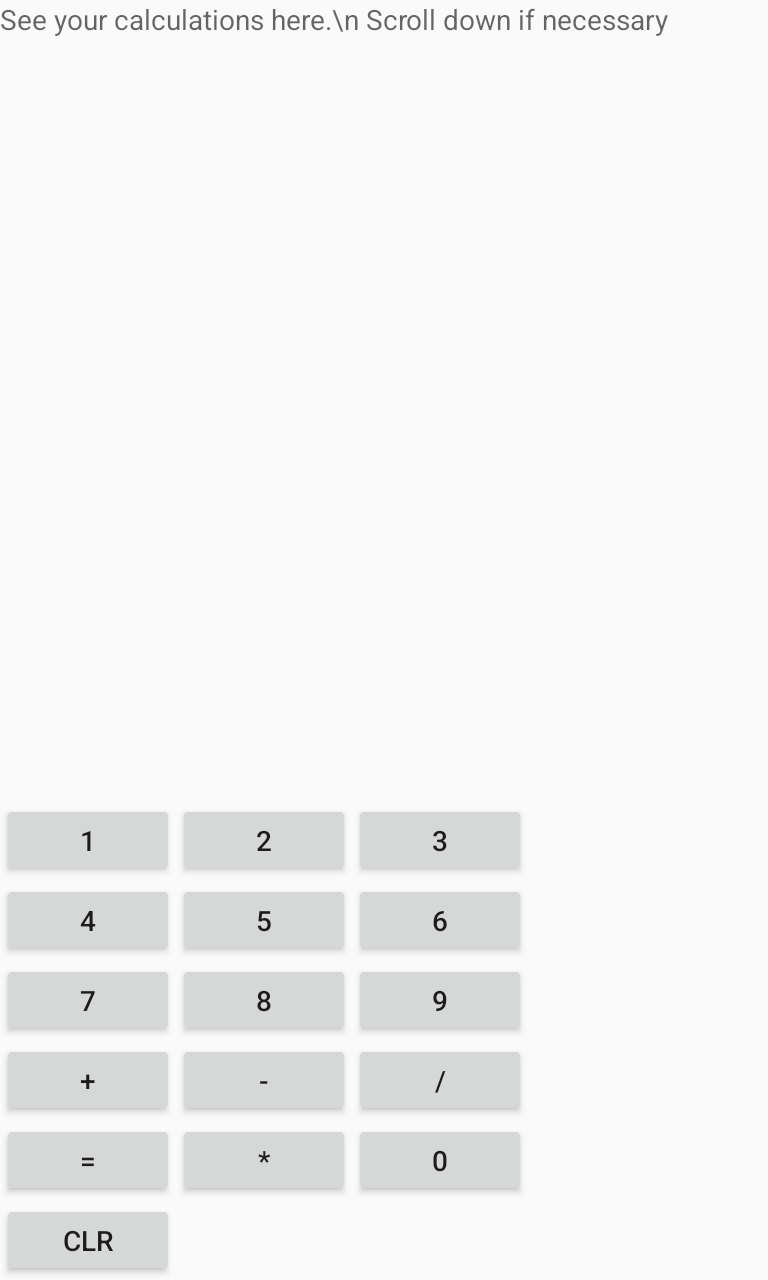
Repository: apoorvelec/AndroidApps
Layout: Calculator1pt1/res/layout/activity_main.xml
These files come from the project's save history. The layout is drawn as it stood at one moment and after the next save; the edit follows.
It is drawn on a 768 x 1280 px phone screen (xhdpi) without system bars, with theme AppTheme; the app's code is not run.

Above is the layout before, as saved 2016-05-22 17:56:53.

### Calculator1pt1/res/layout/activity_main.xml
<?xml version="1.0" encoding="utf-8"?>
<LinearLayout xmlns:android="http://schemas.android.com/apk/res/android"
   android:layout_width="fill_parent"
   android:layout_height="fill_parent"
   android:orientation="vertical" >

   <!--This is the Calculator's topmost output screen  -->
   <TextView android:id="@+id/text"
      android:layout_weight="1"
      android:layout_width="wrap_content"
      android:layout_height="100dp"
      android:hint="See your calculations here.\n Scroll down if necessary"
      android:scrollbars="vertical" />

   <!-- More GUI components go here  -->
   <LinearLayout android:layout_width="fill_parent"
   android:layout_height="40dp"
   android:orientation="horizontal" >
   	<Button android:id="@+id/button1"
      android:layout_width="wrap_content"
      android:layout_height="wrap_content"
      android:text="1"
      android:onClick="buttonClick" />
   	<Button android:id="@+id/button2"
      android:layout_width="wrap_content"
      android:layout_height="wrap_content"
      android:text="2"
      android:onClick="buttonClick" />
   	<Button android:id="@+id/button3"
      android:layout_width="wrap_content"
      android:layout_height="wrap_content"
      android:text="3"
      android:onClick="buttonClick" />
   </LinearLayout>

   <LinearLayout android:layout_width="fill_parent"
   android:layout_height="40dp"
   android:orientation="horizontal" >
   	<Button android:id="@+id/button4"
      android:layout_width="wrap_content"
      android:layout_height="wrap_content"
      android:text="4"
      android:onClick="buttonClick" />
   	<Button android:id="@+id/button5"
      android:layout_width="wrap_content"
      android:layout_height="wrap_content"
      android:text="5"
      android:onClick="buttonClick" />
   	<Button android:id="@+id/button6"
      android:layout_width="wrap_content"
      android:layout_height="wrap_content"
      android:text="6"
      android:onClick="buttonClick" />
   </LinearLayout>

   <LinearLayout android:layout_width="fill_parent"
   android:layout_height="40dp"
   android:orientation="horizontal" >
   	<Button android:id="@+id/button7"
      android:layout_width="wrap_content"
      android:layout_height="wrap_content"
      android:text="7"
      android:onClick="buttonClick" />
   	<Button android:id="@+id/button8"
      android:layout_width="wrap_content"
      android:layout_height="wrap_content"
      android:text="8"
      android:onClick="buttonClick" />
   	<Button android:id="@+id/button9"
      android:layout_width="wrap_content"
      android:layout_height="wrap_content"
      android:text="9"
      android:onClick="buttonClick" />
   </LinearLayout>

   <LinearLayout android:layout_width="fill_parent"
   android:layout_height="40dp"
   android:orientation="horizontal" >
   	<Button android:id="@+id/button10"
      android:layout_width="wrap_content"
      android:layout_height="wrap_content"
      android:text="+"
      android:onClick="buttonClick" />
   	<Button android:id="@+id/button11"
      android:layout_width="wrap_content"
      android:layout_height="wrap_content"
      android:text="-"
      android:onClick="buttonClick" />
   	<Button android:id="@+id/button12"
      android:layout_width="wrap_content"
      android:layout_height="wrap_content"
      android:text="/"
      android:onClick="buttonClick" />
   </LinearLayout>

   <LinearLayout android:layout_width="fill_parent"
   android:layout_height="40dp"
   android:orientation="horizontal" >
   	<Button android:id="@+id/button13"
      android:layout_width="wrap_content"
      android:layout_height="wrap_content"
      android:text="="
      android:onClick="outputResult" />
   	<Button android:id="@+id/button14"
      android:layout_width="wrap_content"
      android:layout_height="wrap_content"
      android:text="*"
      android:onClick="buttonClick" />
   	<Button android:id="@+id/button15"
      android:layout_width="wrap_content"
      android:layout_height="wrap_content"
      android:text="0"
      android:onClick="buttonClick" />
   </LinearLayout>
   <LinearLayout android:layout_width="fill_parent"
   android:layout_height="40dp"
   android:orientation="horizontal" >
       <Button android:id="@+id/button16"
           android:layout_width="wrap_content"
           android:layout_height="wrap_content"
           android:text="CLR"
           android:onClick="buttonClick"/>
   </LinearLayout>
</LinearLayout>

Loaded but not shown: Calculator1pt1/res/values/styles.xml (common file); Calculator1pt1/res/values-v11/styles.xml (common file); Calculator1pt1/res/values-v14/styles.xml (common file)

After the next save:
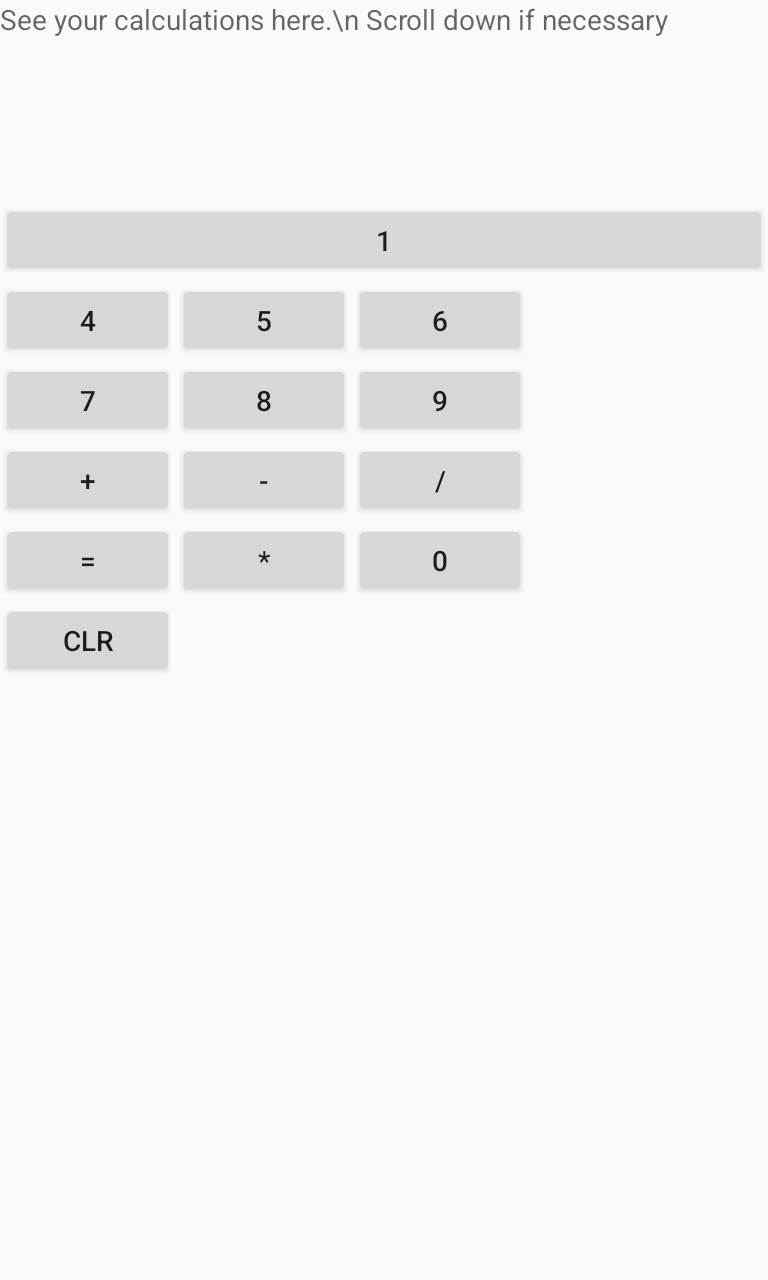
Saved 3 min 34 s later.
--- a/Calculator1pt1/res/layout/activity_main.xml
+++ b/Calculator1pt1/res/layout/activity_main.xml
@@ -6,7 +6,6 @@
 
    <!--This is the Calculator's topmost output screen  -->
    <TextView android:id="@+id/text"
-      android:layout_weight="1"
       android:layout_width="wrap_content"
       android:layout_height="100dp"
       android:hint="See your calculations here.\n Scroll down if necessary"
@@ -17,17 +16,17 @@
    android:layout_height="40dp"
    android:orientation="horizontal" >
    	<Button android:id="@+id/button1"
-      android:layout_width="wrap_content"
+      android:layout_width="fill_parent"
       android:layout_height="wrap_content"
       android:text="1"
       android:onClick="buttonClick" />
    	<Button android:id="@+id/button2"
-      android:layout_width="wrap_content"
+      android:layout_width="fill_parent"
       android:layout_height="wrap_content"
       android:text="2"
       android:onClick="buttonClick" />
    	<Button android:id="@+id/button3"
-      android:layout_width="wrap_content"
+      android:layout_width="fill_parent"
       android:layout_height="wrap_content"
       android:text="3"
       android:onClick="buttonClick" />
